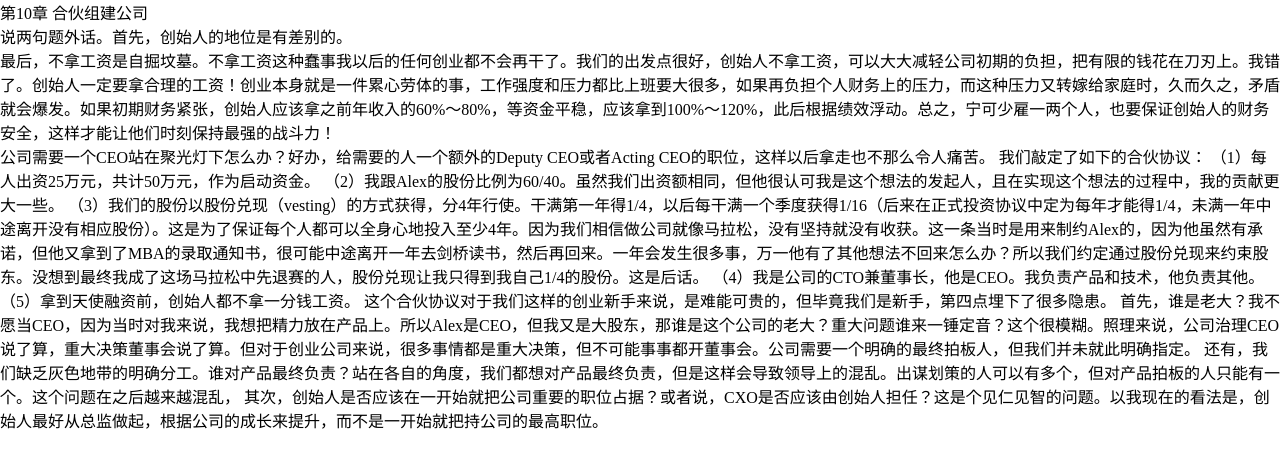
Repository: xudusheng/SSM
Page: SpringMVC/WebContent/HTML/first.html
These files come from the project's save history. The page is drawn as it stood at one moment and after the next save; the edit follows.
The browser window is 1280 px wide. The pictures show the whole page.

Above is the page before, as saved 2016-07-20 07:27:37.

### SpringMVC/WebContent/HTML/first.html
<!DOCTYPE html>
<html>
<head>
<meta charset="UTF-8">
<title>Insert title here</title>
<style type="text/css">
	*{ padding:0; margin:0; }
</style>
</head>
<body>
	<p class='article-title'>第10章 合伙组建公司</p>
	<p class="content-line--grey">说两句题外话。首先，创始人的地位是有差别的。</p>
	<p>最后，不拿工资是自掘坟墓。不拿工资这种蠢事我以后的任何创业都不会再干了。我们的出发点很好，创始人不拿工资，可以大大减轻公司初期的负担，把有限的钱花在刀刃上。我错了。创始人一定要拿合理的工资！创业本身就是一件累心劳体的事，工作强度和压力都比上班要大很多，如果再负担个人财务上的压力，而这种压力又转嫁给家庭时，久而久之，矛盾就会爆发。如果初期财务紧张，创始人应该拿之前年收入的60%～80%，等资金平稳，应该拿到100%～120%，此后根据绩效浮动。总之，宁可少雇一两个人，也要保证创始人的财务安全，这样才能让他们时刻保持最强的战斗力！
</p>
	公司需要一个CEO站在聚光灯下怎么办？好办，给需要的人一个额外的Deputy CEO或者Acting
	CEO的职位，这样以后拿走也不那么令人痛苦。 我们敲定了如下的合伙协议： （1）每人出资25万元，共计50万元，作为启动资金。
	（2）我跟Alex的股份比例为60/40。虽然我们出资额相同，但他很认可我是这个想法的发起人，且在实现这个想法的过程中，我的贡献更大一些。
	（3）我们的股份以股份兑现（vesting）的方式获得，分4年行使。干满第一年得1/4，以后每干满一个季度获得1/16（后来在正式投资协议中定为每年才能得1/4，未满一年中途离开没有相应股份）。这是为了保证每个人都可以全身心地投入至少4年。因为我们相信做公司就像马拉松，没有坚持就没有收获。这一条当时是用来制约Alex的，因为他虽然有承诺，但他又拿到了MBA的录取通知书，很可能中途离开一年去剑桥读书，然后再回来。一年会发生很多事，万一他有了其他想法不回来怎么办？所以我们约定通过股份兑现来约束股东。没想到最终我成了这场马拉松中先退赛的人，股份兑现让我只得到我自己1/4的股份。这是后话。
	（4）我是公司的CTO兼董事长，他是CEO。我负责产品和技术，他负责其他。 （5）拿到天使融资前，创始人都不拿一分钱工资。
	这个合伙协议对于我们这样的创业新手来说，是难能可贵的，但毕竟我们是新手，第四点埋下了很多隐患。
	首先，谁是老大？我不愿当CEO，因为当时对我来说，我想把精力放在产品上。所以Alex是CEO，但我又是大股东，那谁是这个公司的老大？重大问题谁来一锤定音？这个很模糊。照理来说，公司治理CEO说了算，重大决策董事会说了算。但对于创业公司来说，很多事情都是重大决策，但不可能事事都开董事会。公司需要一个明确的最终拍板人，但我们并未就此明确指定。
	还有，我们缺乏灰色地带的明确分工。谁对产品最终负责？站在各自的角度，我们都想对产品最终负责，但是这样会导致领导上的混乱。出谋划策的人可以有多个，但对产品拍板的人只能有一个。这个问题在之后越来越混乱，
	其次，创始人是否应该在一开始就把公司重要的职位占据？或者说，CXO是否应该由创始人担任？这是个见仁见智的问题。以我现在的看法是，创始人最好从总监做起，根据公司的成长来提升，而不是一开始就把持公司的最高职位。

</body>
</html>

After the next save:
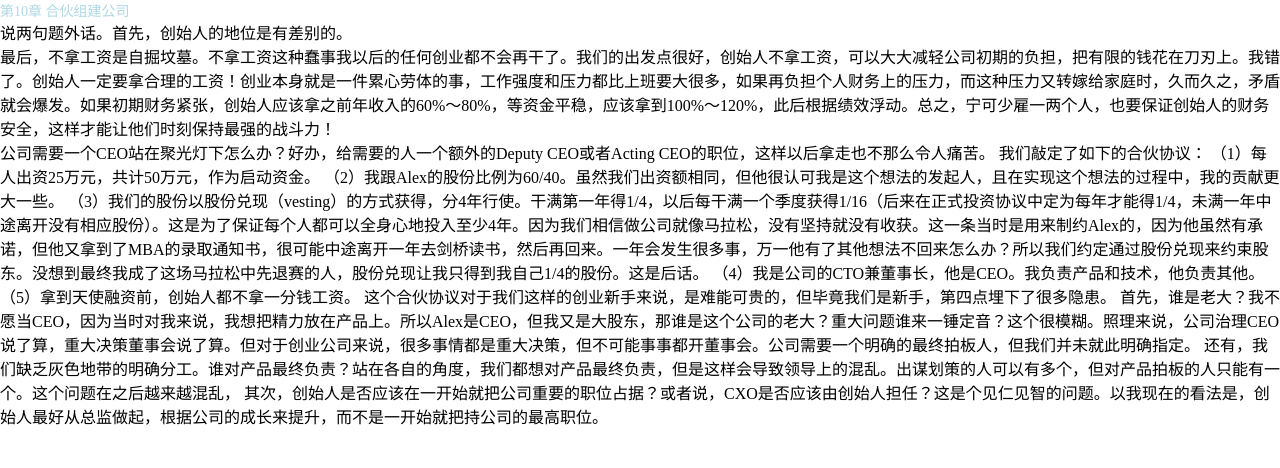
Saved 32 s later.
--- a/SpringMVC/WebContent/HTML/first.html
+++ b/SpringMVC/WebContent/HTML/first.html
@@ -5,6 +5,7 @@
 <title>Insert title here</title>
 <style type="text/css">
 	*{ padding:0; margin:0; }
+	.article-title{ color:lightblue; font-size:14px; }
 </style>
 </head>
 <body>
